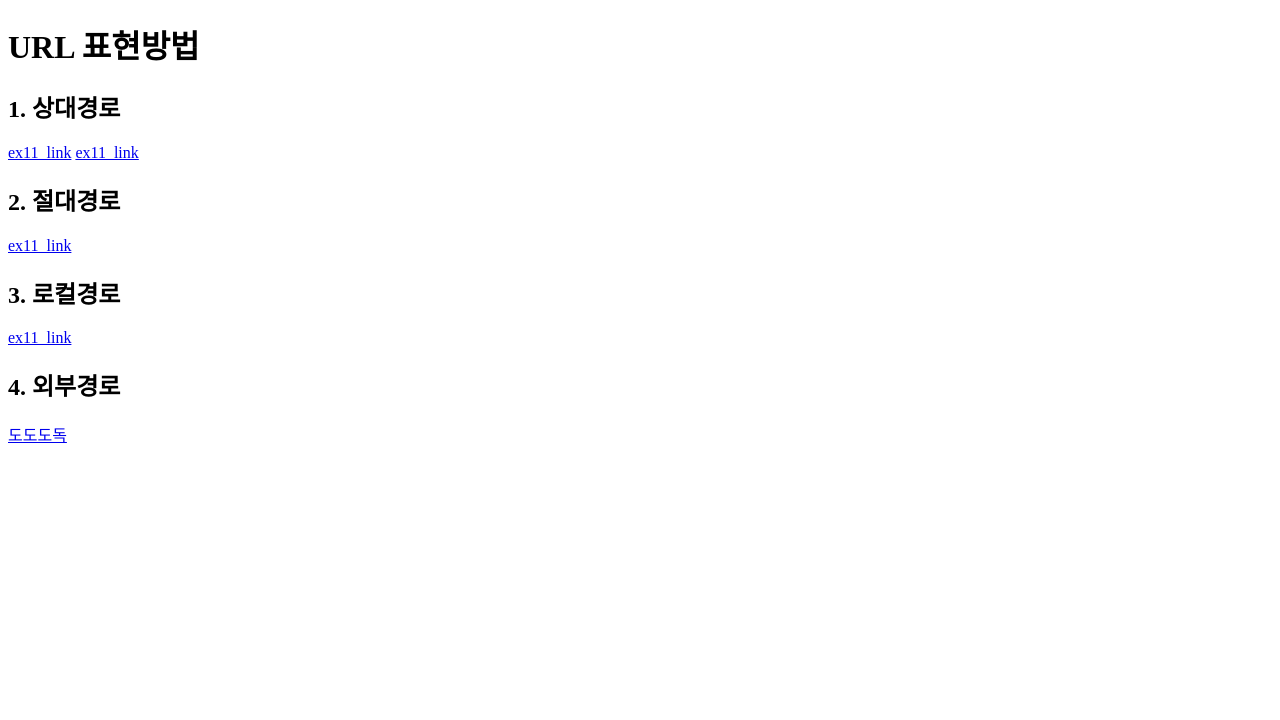
Repository: hb6700/client
Page: ClientTest/src/main/webapp/html/ex12_url.html
The author's editor kept a copy of each file at every save. The page is drawn from the files as they stood at one save, then again after the next save.
The browser window is 1280 px wide. The pictures show the whole page.

Above is the page before, as saved 2023-09-20 06:34:15.

After the next save:
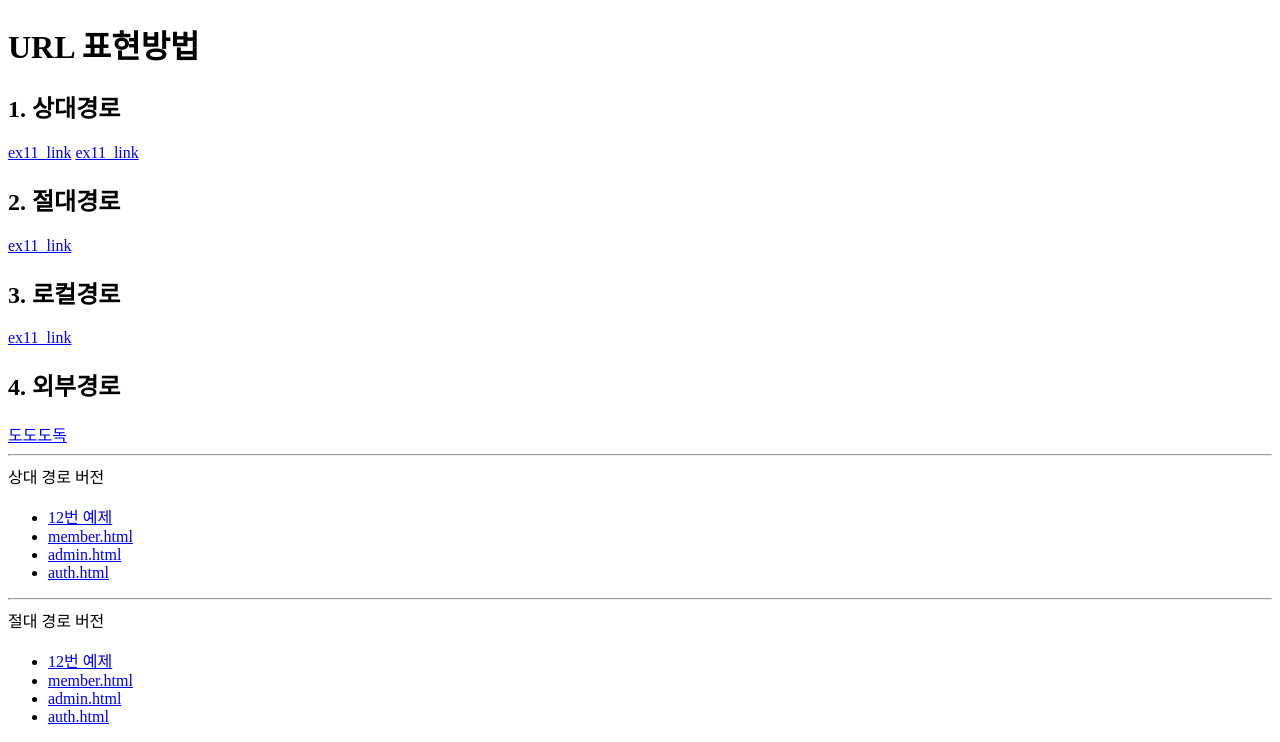
Saved 3 min 40 s later.
--- a/ClientTest/src/main/webapp/html/ex12_url.html
+++ b/ClientTest/src/main/webapp/html/ex12_url.html
@@ -61,5 +61,22 @@
 		<a href="C:\class\code\client\client\clientTest\src\main\webapp\html\ex11_link.html">ex11_link</a>
 		<h2>4. 외부경로</h2>
 		<a href="https://youtu.be/jCMT4v6JI9Q?si=IQKNcgEK_JfQUyg2">도도도독</a>
+
+		<hr>
+		<hr2>상대 경로 버전</hr2>
+		<ul>
+			<li><a href=".ex12_html/">12번 예제</a>
+			<li><a href="./member/member.html">member.html</a>
+			<li><a href="./admin/admin.html">admin.html</a>
+			<li><a href="..member/auth/auth.html">auth.html</a>
+		</ul>
+		<hr>
+		<hr2>절대 경로 버전</hr2>
+		<ul>
+			<li><a href="/client/html/ex12_url.html">12번 예제</a>
+			<li><a href="/client/html/member/member.html">member.html</a>
+			<li><a href="/client/html/admin/admin.html">admin.html</a>
+			<li><a href="/client/html/member/auth/auth.html">auth.html</a>
+		</ul>
 	</body>
 </html>
